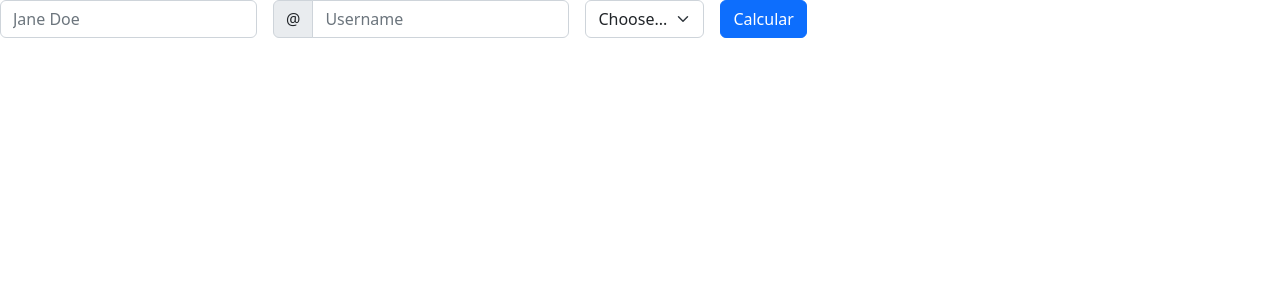
Repository: JuniorMagalhaesDeAlcantara/Fale-Mais
Page: falemais/src/main/resources/templates/index.html
An editor plug-in stored every save of this project. The page is shown before and after the next save, followed by the edit.
The browser window is 1280 px wide. The page is 1288 px wide, so the pictures cover 1288 px, including what lies to the right of the window. The pictures show the whole page.

Above is the page before, as saved 2022-08-03 17:17:29.

### falemais/src/main/resources/templates/index.html
<!DOCTYPE html>
<html lang="pt-br">
<head>
    <meta charset="UTF-8">
    <meta http-equiv="X-UA-Compatible" content="IE=edge">
    <meta name="viewport" content="width=device-width, initial-scale=1.0">

    <!-- CSS only -->
<link href="https://cdn.jsdelivr.net/npm/bootstrap@5.2.0/dist/css/bootstrap.min.css" rel="stylesheet" integrity="sha384-gH2yIJqKdNHPEq0n4Mqa/HGKIhSkIHeL5AyhkYV8i59U5AR6csBvApHHNl/vI1Bx" crossorigin="anonymous">

    <title>Fale Mais</title>
</head>
<body>
    <form class="row gy-2 gx-3 align-items-center">

        <div class="col-auto">
          <label class="visually-hidden" for="autoSizingInput">Name</label>
          <input type="text" class="form-control" id="autoSizingInput" placeholder="Jane Doe">
        </div>
        <div class="col-auto">
          <label class="visually-hidden" for="autoSizingInputGroup">Username</label>
          <div class="input-group">
            <div class="input-group-text">@</div>
            <input type="text" class="form-control" id="autoSizingInputGroup" placeholder="Username">
          </div>
        </div>
        <div class="col-auto">
          <label class="visually-hidden" for="autoSizingSelect">Preference</label>
          <select class="form-select" id="autoSizingSelect">
            <option selected>Choose...</option>
            <option value="1">One</option>
            <option value="2">Two</option>
            <option value="3">Three</option>
          </select>
        </div>

        <div class="col-auto">
          <button type="submit" class="btn btn-primary">Calcular</button>
        </div>
      </form>
</body>
</html>

After the next save:
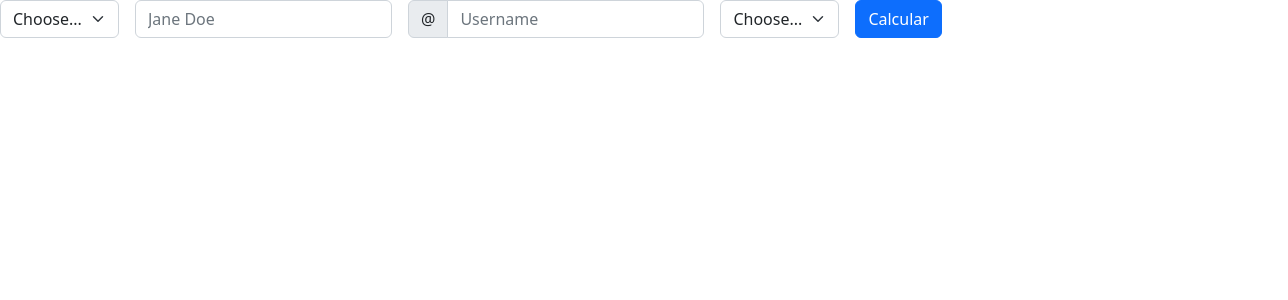
Saved 92 s later.
--- a/falemais/src/main/resources/templates/index.html
+++ b/falemais/src/main/resources/templates/index.html
@@ -12,7 +12,16 @@
 </head>
 <body>
     <form class="row gy-2 gx-3 align-items-center">
-
+        <div class="col-auto">
+            <label class="visually-hidden" for="autoSizingSelect">DDD Origem</label>
+            <select class="form-select" id="autoSizingSelect">
+              <option selected>Choose...</option>
+              <option value="1">11</option>
+              <option value="2">16</option>
+              <option value="3">17</option>
+              <option value="3">17</option>
+            </select>
+          </div>
         <div class="col-auto">
           <label class="visually-hidden" for="autoSizingInput">Name</label>
           <input type="text" class="form-control" id="autoSizingInput" placeholder="Jane Doe">
